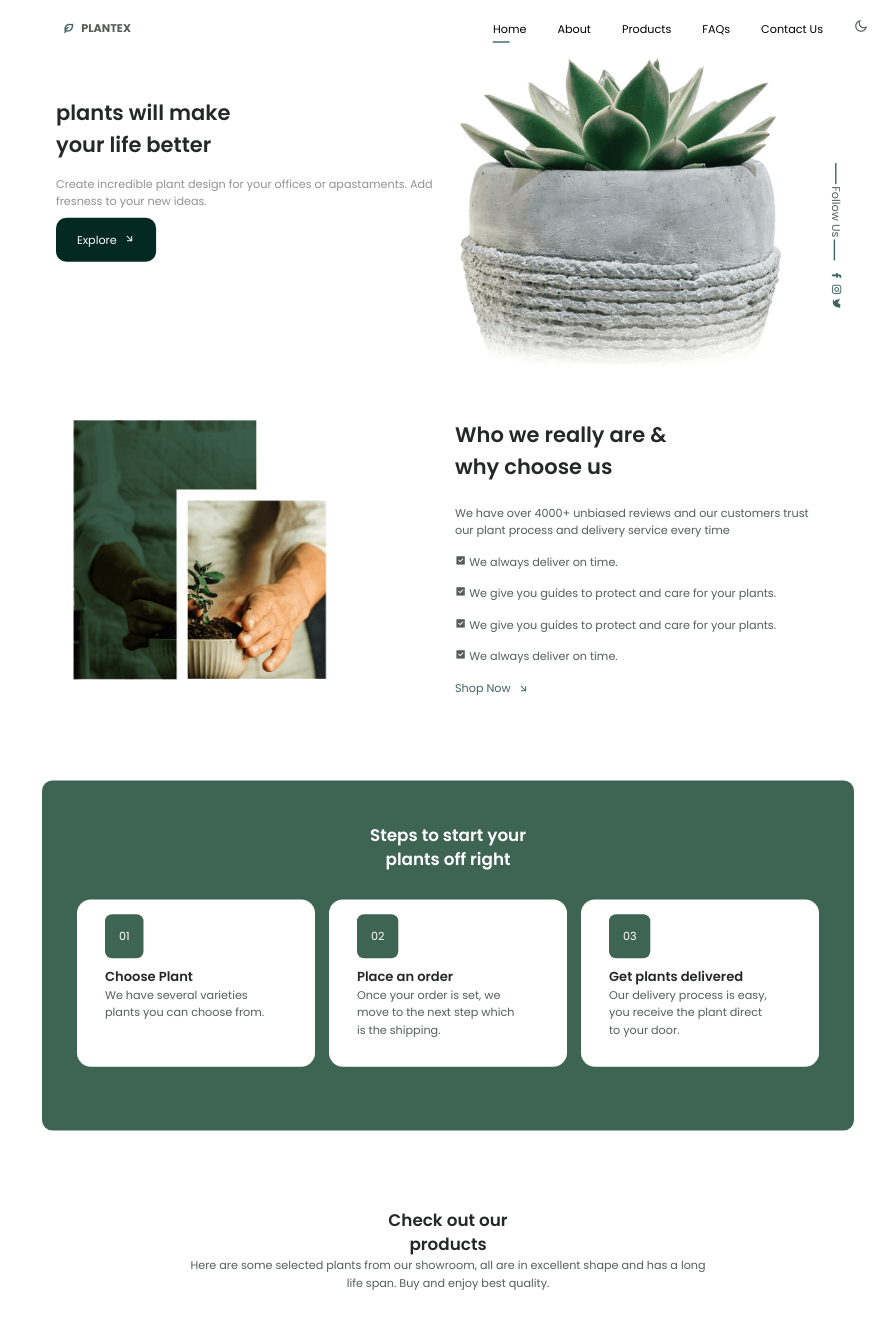
Repository: OmniaRafat232111121/plantwebsite
Page: index.html
The author's editor kept a copy of each file at every save. The page is drawn from the files as they stood at one save, then again after the next save.
The browser window is 1280 px wide. The pictures show the part of the page from y = 0 to 1920 px (the page is 3393 px tall before and 3360 px after), at 70% of full size.

Above is the page before, as saved 2023-01-05 15:04:01.

### index.html
<!DOCTYPE html>
<html lang="en">
<head>
    <meta charset="UTF-8">
    <meta http-equiv="X-UA-Compatible" content="IE=edge">
    <meta name="viewport" content="width=device-width, initial-scale=1.0">
    <title>plant-website</title>
      <!--icon web-->
    <link rel="shortcut icon" href="assets/img/favicon.png" type="image/x-icon">
    <!--css style-->
    <link rel="stylesheet" href="./assets/css/styles.css">
    <!--remix icon-->
    <link href="https://cdn.jsdelivr.net/npm/remixicon@2.5.0/fonts/remixicon.css" rel="stylesheet">

</head>
<body>
<!--header-->
<header class="header" id="header">
<div class="container-header">
    <a class="nav_logo">
   <i class="ri-leaf-line nav_logo-icon "></i>Plantex
</a>

<nav class="nav_menu" id="nav_menu">
    <ul class="nav_list" id="nav_list">
        <li class="nav_item" id="nav_item">
                            <a href="#home" class="nav_link active-link">Home</a>
                        </li>
                        <li class="nav__item">
                            <a href="#about" class="nav_link">About</a>
                        </li>
                        <li class="nav__item">
                            <a href="#products" class="nav_link">Products</a>
                        </li>
                        <li class="nav__item">
                            <a href="#faqs" class="nav_link">FAQs</a>
                        </li>
                        <li class="nav__item">
                            <a href="#contact" class="nav_link">Contact Us</a>
                        </li>
                        <li class="mood">
       <i class= "ri-moon-line change-theme" id="theme-button"></i>

    </li>



    </ul>

    <div class="nav-close" id="nav_close">
        <i class="ri-close-line"></i>

    </div>
    <div  class="nav-btns">
   <i class= "ri-moon-line change-theme" id="theme-button"></i>
    <div class="nav-toggle" id="navToggle">
      <i class="ri-menu-line"></i>
    </div>
   </div>
    </div>
</nav>
</div>

</header>


    <!--home start-->
    <section class="home" id="home">
        <div class="home-container">
            <div class="left-content">
                <h1 class="home-title">plants will make <br>
                    your life better</h1>
                <p class="home-des">Create incredible plant design for your offices or apastaments. Add fresness to your new ideas.</p>
              <a>Explore<i class="ri-arrow-right-down-line button__icon"></i></a>
            </div>
            <div class="right-content">
            <img src="./assets/img/home.png" alt=""/>
            <div class=social_icons>
                 <span class="home__social-follow">Follow Us</span>

                        <div class="home__social-links">
                            <a href="https://www.facebook.com/" target="_blank" class="home__social-link">
                                <i class="ri-facebook-fill"></i>
                            </a>
                            <a href="https://www.instagram.com/" target="_blank" class="home__social-link">
                                <i class="ri-instagram-line"></i>
                            </a>
                            <a href="https://twitter.com/" target="_blank" class="home__social-link">
                                <i class="ri-twitter-fill"></i>
                            </a>
                        </div>

            </div>

        </div>

    </section>
 <!--home end-->
 <!--about start-->
 <section class="about" id="about">
    <div class="about-container">
        <div class="left-about">
          <img src="./assets/img/about.png" alt="image-about"/>
        </div>
        <div class="right-about">
            <h2 class="about-title">Who we really are &<br>why choose us</h2>
            <p class="about-desc">We have over 4000+ unbiased reviews and our customers trust our plant process and delivery service every time</p>
             <div class="about-deatails">
                <p class="about-description">
                      <i class="ri-checkbox-fill about__details-icon"></i>
                       We always deliver on time.
                </p>
                 <p class="about-description">
                      <i class="ri-checkbox-fill about__details-icon"></i>
                      We give you guides to protect and care for your plants.
                </p>

                 <p class="about-description">
                      <i class="ri-checkbox-fill about__details-icon"></i>
                      We give you guides to protect and care for your plants.
                </p>

                 <p class="about-description">
                      <i class="ri-checkbox-fill about__details-icon"></i>
                       We always deliver on time.
                </p>


             </div>
              <a href="#" class="button-link">
                            Shop Now <i class="ri-arrow-right-down-line button__icon"></i>
                        </a>
        </div>

    </div>

 </section>

 <!--about end-->
 <!--steps start-->
 <section class="steps">
    <div class="steps-container">
        <h2>Steps to start your<br>
            plants off right</h2>
            <div class="about-boxes">
                <div class="box">
                <span>01</span>
                <h3>Choose Plant</h3>
                <p>
                    We have several varieties
                    <br>plants you can choose from.
                </p>
                </div>
                  <div class="box">
                <span>02</span>
                <h3>Place an order</h3>
                <p>
                   Once your order is set, we<br>
                    move to the next step which<br>
                     is the shipping.
                </p>
                </div>

                 <div class="box">
                <span>03</span>
                <h3>Get plants delivered</h3>
                <p>
                   Our delivery process is easy,
                   <br> you receive the plant direct
                   <br>to your door.


                </p>
                </div>
            </div>

    </div>

 </section>
  <!--steps start-->
  <!--products start-->
  <section class="products" id="products">
    <div class="product-container">
        <div class="products-content">
        <h2>Check out our
            <br>products</h2>
            <p>Here are some selected plants from our showroom, all are in excellent shape and has a long life span. Buy and enjoy best quality.</p>
        </div>
        <div class="products-boxes">
            <div class="box">
                 <div class="product__circle"></div>
                <img src="./assets/img/product1.png" alt=""/>
                <h3>Cacti Plant</h3>
                <div>
                    <span>$19.99</span>
                     <button class="product_Button">
                            <i class="ri-shopping-bag-line"></i>
                        </button>
                </div>

            </div>
             <div class="box">
                 <div class="product__circle"></div>
                <img src="./assets/img/product2.png" alt=""/>
                <h3>Cacti Plant</h3>
                <div>
                    <span>$19.99</span>
                     <button class="product_Button">
                            <i class="ri-shopping-bag-line"></i>
                        </button>
                </div>

            </div>
             <div class="box">
                 <div class="product__circle"></div>
                <img src="./assets/img/product3.png" alt=""/>
                <h3>Cacti Plant</h3>
                <div>
                    <span>$19.99</span>
                     <button class="product_Button">
                            <i class="ri-shopping-bag-line"></i>
                        </button>
                </div>

            </div>
             <div class="box">
                 <div class="product__circle"></div>
                <img src="./assets/img/product4.png" alt=""/>
                <h3>Cacti Plant</h3>
                <div>
                    <span>$19.99</span>
                     <button class="product_Button">
                            <i class="ri-shopping-bag-line"></i>
                        </button>
                </div>

            </div>
             <div class="box">
                 <div class="product__circle"></div>
                <img src="./assets/img/product5.png" alt=""/>
                <h3>Cacti Plant</h3>
                <div>
                    <span>$19.99</span>
                     <button class="product_Button">
                            <i class="ri-shopping-bag-line"></i>
                        </button>
                </div>

            </div>
             <div class="box">
                 <div class="product__circle"></div>
                <img src="./assets/img/product6.png" alt=""/>
                <h3>Cacti Plant</h3>
                <div>
                    <span>$19.99</span>
                     <button class="product_Button">
                            <i class="ri-shopping-bag-line"></i>
                        </button>
                </div>

            </div>

        </div>

    </div>

  </section>
   <!--products end-->
   <section class="question" id="faqs">
    <div class="title">
      <h2>Some common questions<br>
were often asked</h2>
    </div>
  <div class="section-question">


     <!--article one-->
      <article class="question">
        <div class="question-title">
         <p>My flowers are falling off or dying?</p>
         <button type="button" class="question-btn">
          <span class="plus-icon"><i class="ri-add-line"></i></span>
        <span class="minus-icon"><i class="ri-close-line"></i></span>
         </button>

        </div>
         <div class="question-text">
              <p>
               Plants are easy way to add color energy and transform your space but which planet is for you. Choosing the right plant.
              </p>
            </div>

    </article>
     <!--article two-->
      <article class="question">
        <div class="question-title">
         <p>What causes leaves to become pale?</p>
         <button type="button" class="question-btn">
          <span class="plus-icon"><i class="ri-add-line"></i></span>
        <span class="minus-icon"><i class="ri-close-line"></i></span>
         </button>

        </div>
         <div class="question-text">
              <p>
               Plants are easy way to add color energy and transform your space but which planet is for you. Choosing the right plant.
              </p>
            </div>

    </article>
    <!--article three-->
      <article class="question">
        <div class="question-title">
         <p>What causes brown crispy leaves?</p>
         <button type="button" class="question-btn">
          <span class="plus-icon"><i class="ri-add-line"></i></span>
        <span class="minus-icon"><i class="ri-close-line"></i></span>
         </button>

        </div>
         <div class="question-text">
              <p>
           Plants are easy way to add color energy and transform your space but which planet is for you. Choosing the right plant.
              </p>
            </div>

    </article>



  </div>

  </section>
   <script src="./assets/js/main.js"></script>
</body>
</html>

### assets/css/styles.css
/*=============== GOOGLE FONTS ===============*/
@import url('https://fonts.googleapis.com/css2?family=Poppins:wght@400;500;600;700&display=swap');

/*=============== VARIABLES CSS ===============*/
:root {
  --header-height: 3.5rem; /*56px*/

  /*========== Colors ==========*/
  /*Color mode HSL(hue, saturation, lightness)*/
  --black:#000;
  --green:#3e655e;
  --bold-green:#032922;
  --hue: 152;
  --first-color: hsl(var(--hue), 24%, 32%);
  --first-color-alt: hsl(var(--hue), 24%, 28%);
  --first-color-light: hsl(var(--hue), 24%, 66%);
  --first-color-lighten: hsl(var(--hue), 24%, 92%);
  --title-color: hsl(var(--hue), 4%, 15%);
  --text-color: hsl(var(--hue), 4%, 35%);
  --text-color-light: hsl(var(--hue), 4%, 55%);
  --body-color: hsl(var(--hue), 0%, 100%);
  --container-color: #FFF;

  /*========== Font and typography ==========*/
  /*.5rem = 8px | 1rem = 16px ...*/
  --body-font: 'Poppins', sans-serif;
  --big-font-size: 2rem;
  --h1-font-size: 1.5rem;
  --h2-font-size: 1.25rem;
  --h3-font-size: 1rem;
  --normal-font-size: .938rem;
  --small-font-size: .813rem;
  --smaller-font-size: .75rem;

  /*========== Font weight ==========*/
  --font-medium: 500;
  --font-semi-bold: 600;

  /*========== Margenes Bottom ==========*/
  /*.5rem = 8px | 1rem = 16px ...*/
  --mb-0-5: .5rem;
  --mb-0-75: .75rem;
  --mb-1: 1rem;
  --mb-1-5: 1.5rem;
  --mb-2: 2rem;
  --mb-2-5: 2.5rem;

  /*========== z index ==========*/
  --z-tooltip: 10;
  --z-fixed: 100;
}

/* Responsive typography */
@media screen and (min-width: 968px) {
  :root {
    --big-font-size: 3.5rem;
    --h1-font-size: 2.25rem;
    --h2-font-size: 1.5rem;
    --h3-font-size: 1.25rem;
    --normal-font-size: 1rem;
    --small-font-size: .875rem;
    --smaller-font-size: .813rem;
  }
}

/*=============== BASE ===============*/
*{
  box-sizing: border-box;
  padding: 0;
  margin: 0;
}

html{
  scroll-behavior: smooth;
}

body,
button,
input,
textarea{
  font-family: var(--body-font);
  font-size: var(--normal-font-size);
}

body{
  margin: var(--header-height) 0 0 0;
  background-color: var(--body-color);
  color: var(--text-color);
  transition: .4s; /*For animation dark mode*/
}

button{
   cursor: pointer;
  border: none;
  outline: none;
}

h1,h2,h3{
  color: var(--title-color);
  font-weight: var(--font-semi-bold);
}

ul{
  list-style: none;
}

a{
  text-decoration: none;
}

img{
  max-width: 100%;
  height: auto;
}
/*========== resuable component ==========*/



/*========Header========*/
 header{
  background-color: #fff;
  position: fixed;
  top:0;
  left:0;
  width:100%;
  z-index:1000;
  transition: 0.3s;
}
.container-header{
  display:flex;
  align-items: center;
  justify-content: space-between;
  height:var(--header-height);
  padding:40px;
}
.nav_menu{

}
.nav_logo{
  text-transform: uppercase;
  display:inline-flex;
  align-items: center;
  column-gap: 10px;
  font-weight: bold;
  margin-left: 50px;
  cursor: pointer;
}
.nav_logo:hover{
  color:var(--green);
}
.nav_logo-icon{
   color:var(--green);
}
.nav_logo i:hover{
  color:var(--black);
}
nav ul li {
  display: inline-block;
  cursor: pointer;
  margin-left: 40px;
}
nav ul li a{
  color:var(--black);


}
.nav-btns{
  display: none;
}
.mood{
  margin-left: 40px;
  font-size: 20px;

}

.nav-close
{

  font-size: 1.5rem;
  position: relative;
  top: 70px;
  right: 1.25rem;
  cursor: pointer;
  display: none;


}

.nav-btns{
  font-size: 20px;
  cursor: pointer;
}
.active-link{
  position: relative;
  color: var(--black);
}
.active-link::after{
  content: '';
  position: absolute;
  bottom: -8px;
  left: 0;
  width: 50%;
  height: 2px;
  background-color: var(--green);
}
.nav_link:hover{
 color: var(--green);
 transition: 0.3s;
}
@media screen and (max-width: 767px){
.nav_list{
display: none;
}
.nav_logo{
  margin-left: -10px;
}

.nav-btns{
  display:inline-flex;
  align-items: center;
  column-gap: 20px;
  font-weight: bold;
  margin-right: -10px;
  cursor: pointer;
}

  .show-menu{

     position: fixed;
    background-color:#fff;
    width: 100%;
    height: 50%;
    top: 80px;
    right: 0px;
    transition: .3s;
    z-index: 1000;
    display:grid;
    justify-content: center;
    text-align: center;

 padding: 10px;




  }
  .show-menu {

  }
  .show-menu .mood .ri-moon-line{
    display: none;
  }




}

/*=====home======*/
.home{
  padding: 0 80px;
  position:relative;

}
.home-container{
display:grid;
grid-template-columns: repeat(auto-fit, minmax(250px, 1fr));
grid-gap:30px;
margin-top: 70px;

}
.home-container .left-content{
  margin-top: 70px;
}
.home-container .left-content .home-title{
  font-size: 30px;
}
.home-container .left-content .home-des{
  color:rgb(145, 145, 145);
  margin-top: 20px;
  margin-bottom: 30px;
}
.home-container .left-content a{
  background-color: var(--bold-green);
  color:#fff;
  padding:20px 30px;
  border-radius: 15px;

}
.home-container .left-content  i{
  margin-left: 10px;
}
.right-content img{
  max-width: 100%;
  width:85%;
  justify-self: center;
}

.social_icons{
  position: absolute;
  top: 220px;
  right: 50px;
  display: grid;
  justify-items: center;
  row-gap: 3.5rem;

}
.home__social-links {
  margin-top: 30px;

}
.home__social-links a{
 color:var(--green);
}
.home__social-links a:hover{
color:var(--black);
}
.home__social-follow{
  position:relative;
  transform: rotate(90deg);
}
.home__social-follow::before{
content: '';
  position: absolute;
  width: 30px;
  height: 2px;
  background-color: var(--green);
  right: -45%;
  top: 50%;
}
.home__social-follow::after{
content: '';
  position: absolute;
  width: 30px;
  height: 2px;
  background-color: var(--green);
  left: -45%;
  bottom: 50%;
}
.home__social-links{
    transform: rotate(90deg);
}
.left-content a:hover{
  background-color:#032922;
  color: #fff;
  cursor: pointer;

}
@media(max-width:767px){
.social_icons{
  position: absolute;
  top: 220px;
  right: 10px;
  display: grid;
  justify-items: center;
  row-gap: 3.5rem;

}
}
/*======about=======*/
.about{
  position: relative;
  padding:60px 100px;
}
.about-container{
  display:grid;
grid-template-columns: repeat(auto-fit, minmax(300px, 1fr));
grid-gap:20px;

}
.about-container .left-about img{
  max-width: 100%;
  width:70%;
}
.about-container .right-about .about-title{
  font-size: 30px;
  margin-bottom: 30px;

}
.about-container .right-about .about-desc{
  margin-bottom:20px;

}
.about-container .right-about .about-deatails .about-description{
  padding-bottom: 20px;
}
.about-container .button-link{
  color:var(--green);

}
.about-container .button-link{
  display:inline-flex;
  align-items: center;
  column-gap: 10px;

 color:var(--green);
  cursor: pointer;
}
.about-container .button-link:hover i{

color: var(--bold-green);

}
@media(max-width:767px){
  .right-about.about-title h2{
    font-size: 10px;

  }
  .right-about{
    font-size: 16px;
    padding:10px;

  }
  .about-container{
    margin-top: 30px;
  }
}
/*=======change-header========*/
.change-header{
  background-color: #3e655e;
  color:#fff;
}
.change-header .nav_logo i{
  color:#fff;
}
.change-header .nav_logo:hover{
  color:var(--bold-green);
}
.change-header .nav_link:hover{
  color:#fff;
}
/*======steps=======*/

.steps{
  position:relative;
  padding:60px;

}
.steps-container{
  width:100%;
 padding:20px 50px;
  background-color: #3e6553;
  border-radius: 15px;
  height:500px;
}
.steps-container h2{
  text-align: center;
  padding-top: 40px;
  color:#fff;
}
.about-boxes{
  display:grid;
grid-template-columns: repeat(auto-fit, minmax(300px, 1fr));
grid-gap:20px;
margin-top: 40px;

}
.about-boxes .box{
background-color: #fff;
   padding: 40px 40px;
   border-radius: 20px;

}
.about-boxes .box span{
  background-color: #3e6553 ;
  padding:20px;
  color:#fff;
  margin-bottom: 40px;
  border-radius: 10px;
  cursor: pointer;
  transition: 0.3s;


}

.box span:hover{

  color:#fff;
  background-color: #032922;


}
.about-boxes .box h3{
  margin-top: 30px;
}
/* .about-boxes .box:last-child{
  margin-right: 10px;
} */
@media(max-width:767px){

.steps-container{
  width:100%;
 padding:50px;
  background-color: #3e6553;
  border-radius: 15px;
  height:1100px;
}
.about-boxes{
  display:grid;
grid-template-columns: repeat(auto-fit, minmax(200px, 1fr));
grid-gap:20px;
margin-top: 40px;

}
.about-boxes .box{

   padding: 30px;


}

}
/*======products======*/
.products{
  padding:50px 260px;
  position:relative;
  display: grid;
  justify-content: center;
}
.products .products-content h2{
  text-align: center;
}
.products .products-content p{
  text-align: center;
  width:100%;

}
.products-boxes{
   display:grid;
grid-template-columns: repeat(auto-fit, minmax(200px, 1fr));
grid-gap:10px;
margin-top: 40px;
}
 .products-boxes .box img{
  max-width: 100%;
   position: relative;
  width: 70%;
  justify-self: center;
  transition: .3s;
}

.products-boxes.box{
  position:relative;

}
.box div{
  display:inline-flex;
  align-items: center;
  column-gap: 80px;
  margin-top: 20px;
  position: relative;
}
.box .product_Button{
  background-color:#3e6553;
  padding:10px;
  border-radius: 10px;
  color:#fff;
  font-size: 15px;
}
.product__circle{
  width: 100px;
  height: 90px;
  background-color: #e6efeb;
  border-radius: 50%;
  position: absolute;
  top: 30%;
  left: 20%;
}
/*==========question========*/

.question {
  background: #e6efeb;
  border-radius: 10px;
  padding: 20px 30px;
  margin-bottom: 2rem;
}
.section-question .question{
  background-color: #032922;
  margin-top: 20px;
}
.question-title {
  display: flex;
  justify-content: space-between;
  align-items: center;
  text-transform: capitalize;
  padding-bottom: 1rem;
}
.question .title h2{
   color: #032922;
  text-align: center;
}
.question-title p {
  margin-bottom: 0;
  letter-spacing: 1.2;
  color: #fff;
}
.question button{
    font-size: 15px;
    border-radius: 10px;
  background-color: var(--green);
  cursor: pointer;
  color: #fff;
  transition: 0.3s;
  padding:10px;
}
.question button:hover {
  transform: rotate(90deg);
}

.question-title{
  display:flex;
  align-items: center;
  justify-content: space-between;
}
.question-text {
  padding: 1rem 0 1.5rem 0;
  border-top: 1px solid #ffff;
}
.question-text p {
  margin-bottom: 0;
  color:#fff;
}

/* hide text */
.question-text {
  display: none;
}
.show-text .question-text {
  display: block;
}
.minus-icon {
  display: none;
}
.show-text .minus-icon {
  display: block;
}
.show-text .plus-icon {
  display: none;
}

### assets/js/main.js
let navMenu = document.getElementById('nav_menu');
let navList = document.getElementById('nav_list');
let navItem = document.getElementById('nav ul li');
let closeButton = document.getElementById('nav_close');
let navToggle = document.getElementById('navToggle');
const header = document.getElementById('header');
navToggle.addEventListener('click', function () {
    navList.classList.toggle('show-menu');


})
/*change background header*/
window.addEventListener('scroll', function () {
   header.classList.toggle("change-header",window.scrollY > 40)
})


/*toggle questions*/
const btns = document.querySelectorAll(".question-btn");

btns.forEach(function (btn) {
  btn.addEventListener("click", function (e) {
    const question = e.currentTarget.parentElement.parentElement;

    question.classList.toggle("show-text");
  });
});

After the next save:
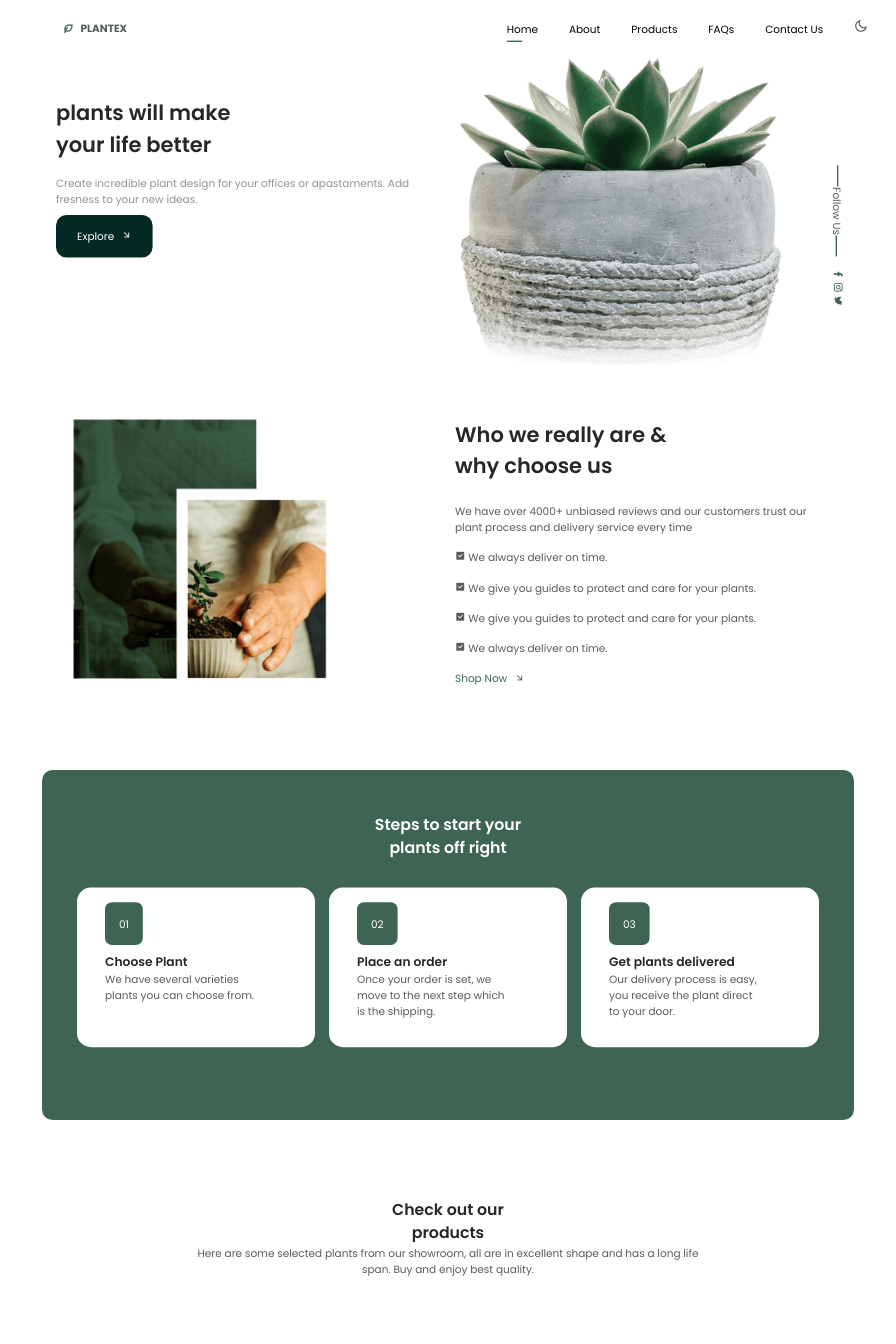
Saved 21 s later.
--- a/assets/css/styles.css
+++ b/assets/css/styles.css
@@ -50,18 +50,7 @@
   --z-fixed: 100;
 }
 
-/* Responsive typography */
-@media screen and (min-width: 968px) {
-  :root {
-    --big-font-size: 3.5rem;
-    --h1-font-size: 2.25rem;
-    --h2-font-size: 1.5rem;
-    --h3-font-size: 1.25rem;
-    --normal-font-size: 1rem;
-    --small-font-size: .875rem;
-    --smaller-font-size: .813rem;
-  }
-}
+
 
 /*=============== BASE ===============*/
 *{
